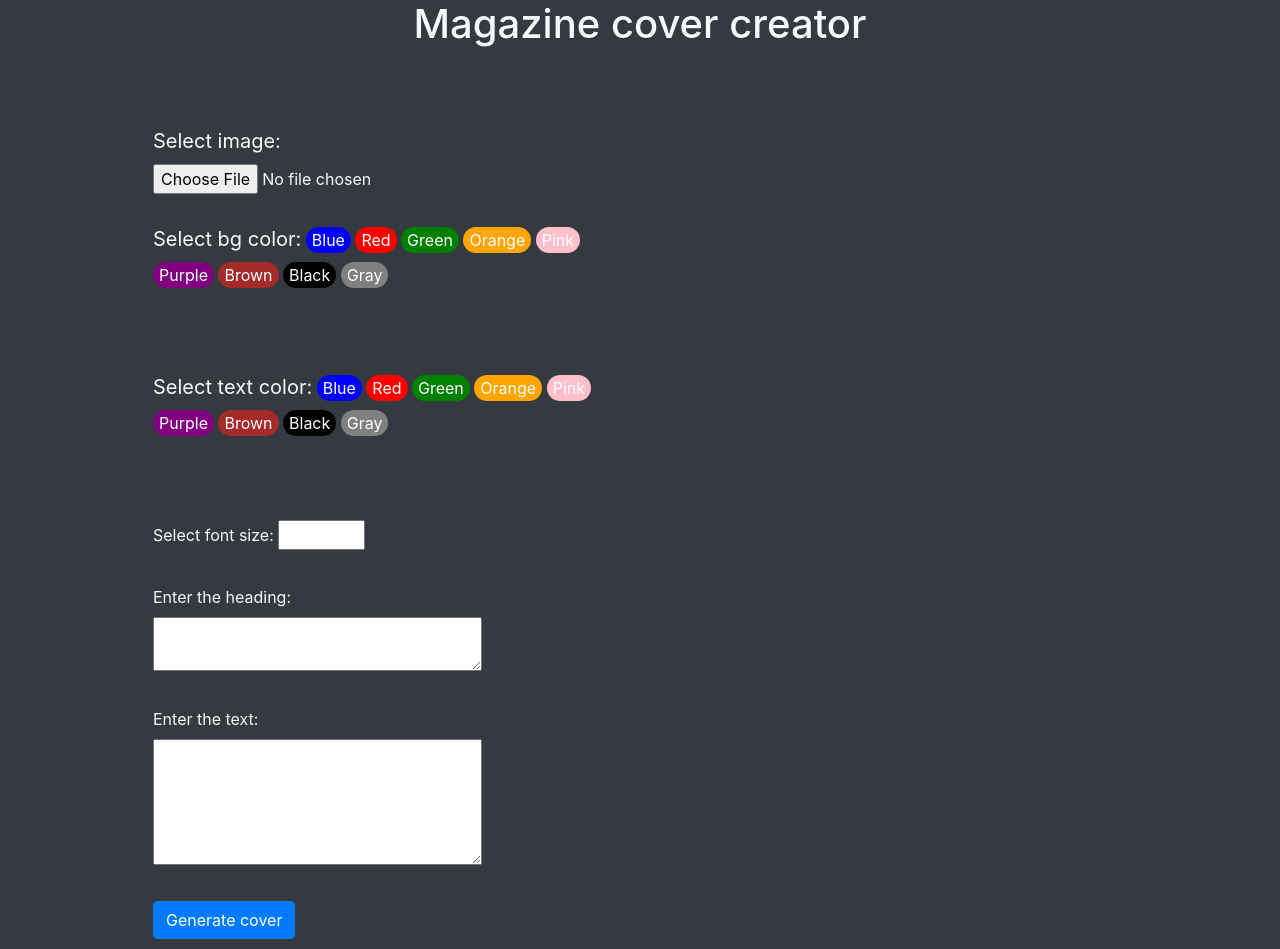
Repository: Sahil1515/First-Wish-Website
Page: http://localhost/createwish/
The author's editor kept a copy of each file at every save. The page is drawn from the files as they stood at one save, then again after the next save.
The browser window is 1280 px wide. The pictures show the whole page.
The page is served by the project's application, run on Django 3.2 (manage.py). Other server files are loaded and not shown.

Above is the page before, as saved 2021-09-06 10:00:32.

### templates/create_wish.html
<!DOCTYPE html>


<html lang="en">

<head>
    <meta charset="UTF-8">
    <meta http-equiv="X-UA-Compatible" content="IE=edge">
    <script src="https://ajax.googleapis.com/ajax/libs/jquery/3.5.1/jquery.min.js"></script>
    <meta name="viewport" content="width=device-width, initial-scale=1.0">
    <link rel="stylesheet" href="https://stackpath.bootstrapcdn.com/bootstrap/4.4.1/css/bootstrap.min.css" integrity="sha384-Vkoo8x4CGsO3+Hhxv8T/Q5PaXtkKtu6ug5TOeNV6gBiFeWPGFN9MuhOf23Q9Ifjh" crossorigin="anonymous">
    <link rel="stylesheet" href="static/home_page.css" />

    <title>Index Page</title>
    <script>
        $(document).ready(function() {
            $("#image_id").hide()
            $(".first-txt").hide()
            $(".second-txt").hide()

            var bg_color = null
            var text_color = null
            var font_size = 10
            var usertext = "This is Magazine text"

            $(".colorButton1").click(function() {
                bg_color = $(this).val()
                $("#label_bg_color").html("Selected background color: " + bg_color)
                $("#label_bg_color").css("color", bg_color)
                return false; // prevents submission
            });

            $(".colorButton2").click(function() {
                text_color = $(this).val()
                $("#label_text_color").html("Selected text color: " + text_color)
                $("#label_text_color").css("color", text_color)
                return false; // prevents submission
            });

            $("#image_btn").click(function() {

                var imageHtml = $("#img .accept").map(function() {
                    return this.outerHTML;
                }).get();

                var temp = $("#quantity").val()
                if (temp != "")
                    font_size = temp
                font_size = font_size + "px"

                $("#image_id").css("background-color", bg_color);
                usertext = $("#usertext1").val()
                $(".first-txt").html(usertext)
                $(".first-txt").css("color", text_color);
                $(".first-txt").css("font-size", font_size);

                usertext = $("#usertext2").val()
                $(".second-txt").html(usertext)
                $(".second-txt").css("color", "white");


                $("#image_id").show()
                $(".first-txt").show()
                $(".second-txt").show()

                return false; // prevents submission
            });
        });

        var loadFile = function(event) {
            var image = document.getElementById('image_id');
            image.src = URL.createObjectURL(event.target.files[0]);
        };
    </script>

    <style>
        button {
            color: white;
            border-radius: 15px;
            border-width: 5px;
            border-style: hidden;
        }

        img {
            border-radius: 20px;
            border: 5px solid black;
            height: 800px;
            width: 600px;
            padding: 50px;
            background-color: red;
        }

        .first-txt {
            font-size: 30px;
            position: relative;
            top: -700px;
            right: -100px;
            color: red;
        }

        .second-txt {
            font-size: 30px;
            position: relative;
            top: -400px;
            right: -100px;
            color: red;
            height: 300px;
            width: 450px;
        }

        .flex-container {
            width: 80%;
            min-height: 300px;
            margin: 0 auto;
            display: -webkit-flex;
            /* Safari */
            display: flex;
            /* Standard syntax */
        }

        .flex-container .column {
            padding: 10px;
            /* background: #dbdfe5; */
            -webkit-flex: 1;
            /* Safari */
            -ms-flex: 1;
            /* IE 10 */
            flex: 1;
            /* Standard syntax */
        }
    </style>

</head>

<body class="bg-dark">
    <div class="container" style="text-align: center;">
        <h1 class="text-light">Magazine cover creator</h1>
    </div>



    <div class="flex-container">
        <div class="column">
            <div style="height:30px"></div>

            <div class="container text-light " style="padding-top: 30px;">
                <label for="img" style="font-size: 20px;">Select image:</label>
                <input type="file" id="img" onchange="loadFile(event)" name="img" accept="image/*">
            </div>

            <div id="div1" class="container text-light " style="padding-top: 30px;">
                <label for="img" style="font-size: 20px;">Select bg color:</label>
                <button class="colorButton1" style="background-color: blue;" value="blue">Blue</button>
                <button class="colorButton1" style="background-color: red;" value="red">Red</button>
                <button class="colorButton1" style="background-color: green;" value="green">Green</button>
                <button class="colorButton1" style="background-color: orange;" value="orange">Orange</button>
                <button class="colorButton1" style="background-color: pink;" value="pink">Pink</button>
                <button class="colorButton1" style="background-color: purple;" value="purple">Purple</button>
                <button class="colorButton1" style="background-color: brown;" value="brown">Brown</button>
                <button class="colorButton1" style="background-color: black;" value="black">Black</button>
                <button class="colorButton1" style="background-color: gray;" value="gray">Gray</button>

            </div>

            <div class="container text-light " style="padding-top: 30px;">
                <label id="label_bg_color" style="font-size: 20px;"></label>
            </div>


            <div class="container text-light " style="padding-top: 30px;">
                <label for="img" style="font-size: 20px;">Select text color:</label>

                <button class="colorButton2" style="background-color: blue;" value="blue">Blue</button>
                <button class="colorButton2" style="background-color: red;" value="red">Red</button>
                <button class="colorButton2" style="background-color: green;" value="green">Green</button>
                <button class="colorButton2" style="background-color: orange;" value="orange">Orange</button>
                <button class="colorButton2" style="background-color: pink;" value="pink">Pink</button>
                <button class="colorButton2" style="background-color: purple;" value="purple">Purple</button>
                <button class="colorButton2" style="background-color: brown;" value="brown">Brown</button>
                <button class="colorButton2" style="background-color: black;" value="black">Black</button>
                <button class="colorButton2" style="background-color: gray;" value="gray">Gray</button>

            </div>

            <div class="container text-light " style="padding-top: 30px;">
                <label id="label_text_color" style="font-size: 20px;"></label>
            </div>

            <div class="container text-light " style="padding-top: 30px;">
                <label for="quantity">Select font size:</label>
                <input type="number" id="quantity" name="quantity" min="1" max="30">
            </div>

            <div class="container text-light " style="padding-top: 30px;">
                <label for="texta">Enter the heading:</label><br>
                <textarea id="usertext1" name="texta" cols="30" rows="2"></textarea>
            </div>

            <div class="container text-light " style="padding-top: 30px;">
                <label for="texta">Enter the text:</label><br>
                <textarea id="usertext2" name="texta" cols="30" rows="5"></textarea>
            </div>

            <div class="container text-light " style="padding-top: 30px;">
                <button id="image_btn" type="submit" class="btn btn-primary">Generate cover</button>
            </div>
        </div>

        <div class="column bg-alt">

            <div class="container text-light " style="padding: 50px;">
                <img id="image_id" class="centered" />
                <h3 class="first-txt">
                    Elon Musk
                </h3>

                <h3 class="second-txt">
                    His Biography
                </h3>

            </div>
        </div>
    </div>





</body>

</html>

### createWish/views.py
from django.shortcuts import render

# Create your views here.


def createwish(request):
    return render(request, 'create_wish.html')

### First_Wish/urls.py
"""First_Wish URL Configuration

The `urlpatterns` list routes URLs to views. For more information please see:
    https://docs.djangoproject.com/en/3.2/topics/http/urls/
Examples:
Function views
    1. Add an import:  from my_app import views
    2. Add a URL to urlpatterns:  path('', views.home, name='home')
Class-based views
    1. Add an import:  from other_app.views import Home
    2. Add a URL to urlpatterns:  path('', Home.as_view(), name='home')
Including another URLconf
    1. Import the include() function: from django.urls import include, path
    2. Add a URL to urlpatterns:  path('blog/', include('blog.urls'))
"""
from django.contrib import admin
from django.urls import path, include


urlpatterns = [
    path('admin/', admin.site.urls),
    path('magzine/',include('First_Wish_Main_App.urls')),
    path('', include('First_Wish_Main_App.urls')),
    path('addPerson/', include('addPerson.urls')),
    path('login/', include('Login.urls')),
    path('signup/', include('Signup.urls')),
    path('gifts/', include('gifts.urls')),
    path('logout/', include('logout.urls')),
    path('password_reset/', include('password_reset.urls')),
    path('showAll/', include('showAll.urls')),
    path('contact/', include('contact.urls')),
    path('createwish/', include('createWish.urls')),


]

### First_Wish_Main_App/urls.py


from django.contrib import admin
from django.urls import path

from First_Wish_Main_App import views

urlpatterns = [
    # path('admin/', admin.site.urls),
    path('', views.index),
    ]

### addPerson/urls.py


from django.contrib import admin
from django.urls import path

from addPerson import views

urlpatterns = [
    # path('admin/', admin.site.urls),
    path('', views.addPerson),
    path('add_person_api', views.add_person_api, name='add_person_api')

    # path('personAdded', views.personAdded, name='personAdded')

    ]

### Login/urls.py

from django.contrib import admin
from django.urls import path
from . import views

urlpatterns = [
    path("",views.login, name='login'),
    path("login_api",views.login_api, name='login_api'),

]

### Signup/urls.py

from django.contrib import admin
from django.urls import path, include

from . import views
urlpatterns = [
    path('',views.SignUp,name='signup'),
    path('send_otp',views.send_otp,name='send_otp'),
    path('check_user_api',views.check_user_api,name='check_user_api'),
    path('create_user_after_verification',views.create_user_after_verification,name='create_user_after_verification'),
    path('password_reset',views.password_reset,name='password_reset'),
    path('send_password_reset_mail',views.send_password_reset_mail,name='send_password_reset_mail'),




]

### gifts/urls.py


from django.contrib import admin
from django.urls import path

from gifts import views

urlpatterns = [
    path('', views.gifts, name='gifts')

    ]

### logout/urls.py

from django.contrib import admin
from django.urls import path
from . import views

urlpatterns = [
    path("",views.logout, name='logout'),
]

### password_reset/urls.py

from django.contrib import admin
from django.urls import path, include

from . import views
urlpatterns = [
    path('',views.password_reset,name='password_reset'),
    path('send_password_reset_mail',views.send_password_reset_mail,name='send_password_reset_mail'),

]

### showAll/urls.py


from django.contrib import admin
from django.urls import path

from showAll import views

urlpatterns = [
    # path('admin/', admin.site.urls),
    path('', views.showAll),

    ]

### contact/urls.py

from django.contrib import admin
from django.urls import path

from . import views
urlpatterns = [
    path('',views.contact,name='contact'),
    path('send_mail_by_user',views.send_mail_by_user,name='send_mail_by_user'),

]

### createWish/urls.py


from django.urls import path

from createWish import views

urlpatterns = [
    path('', views.createwish, name='createwish')

    ]

### static/home_page.css
button {
    color: white;
    border-radius: 15px;
    border-width: 5px;
    border-style: hidden;
}

img {
    border-radius: 20px;
    border: 5px solid black;
    height: 800px;
    width: 600px;
    padding: 50px;
    background-color: red;
}

.first-txt {
    font-size: 30px;
    position: relative;
    top: -700px;
    right: -100px;
    color: red;
}

.second-txt {
    font-size: 30px;
    position: relative;
    top: -400px;
    right: -100px;
    color: red;
    height: 300px;
    width: 450px;
}

.flex-container {
    width: 80%;
    min-height: 300px;
    margin: 0 auto;
    display: -webkit-flex;
    /* Safari */
    display: flex;
    /* Standard syntax */
}

.flex-container .column {
    padding: 10px;
    /* background: #dbdfe5; */
    -webkit-flex: 1;
    /* Safari */
    -ms-flex: 1;
    /* IE 10 */
    flex: 1;
    /* Standard syntax */
}

After the next save:
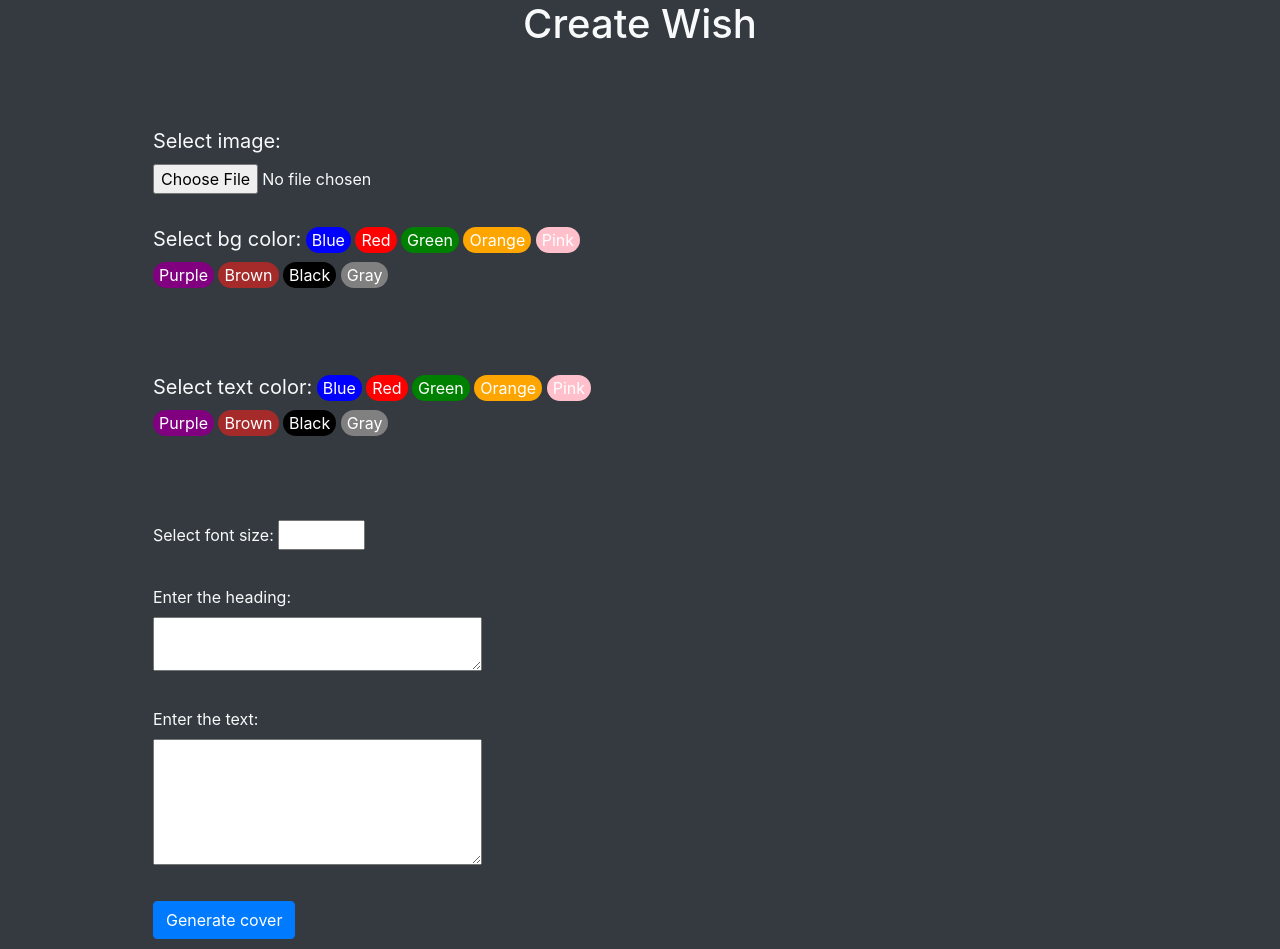
Saved 119 s later.
--- a/templates/create_wish.html
+++ b/templates/create_wish.html
@@ -134,7 +134,7 @@
 
 <body class="bg-dark">
     <div class="container" style="text-align: center;">
-        <h1 class="text-light">Magazine cover creator</h1>
+        <h1 class="text-light">Create Wish</h1>
     </div>
 
 
